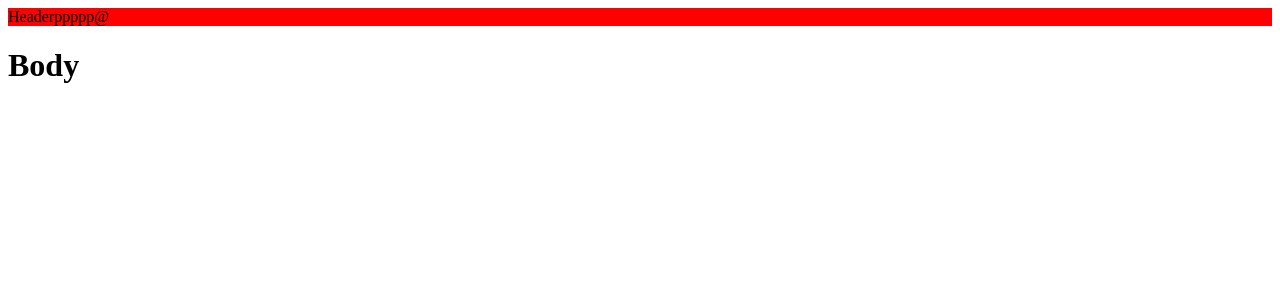
Repository: qedhourse580/samurai_HTML-CSS
Page: about.html
The author's editor kept a record of every edit. The page is drawn from the files as they stood at one moment, then again after the next edit.
The browser window is 1280 px wide. The pictures show the whole page.

Above is the page before.

After the next edit:
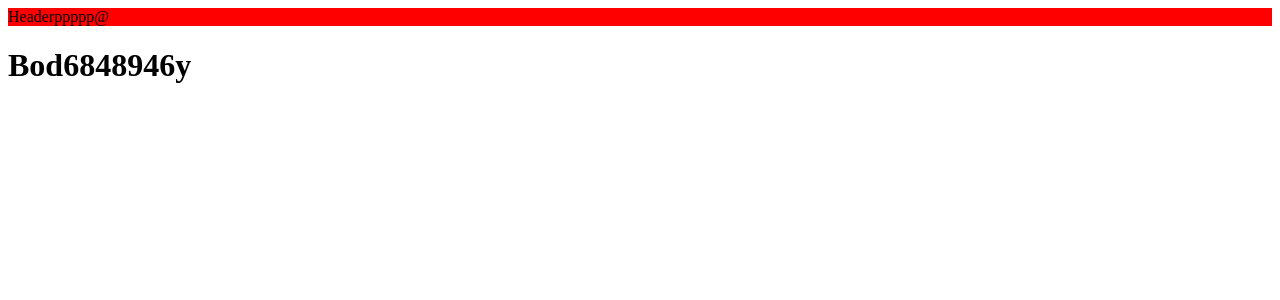
The edit:
--- a/about.html
+++ b/about.html
@@ -10,6 +10,6 @@
         <header>
             Headerppppp@
         </header>
-        <h1>Body</h1>
+        <h1>Bod6848946y</h1>
     </body>
 </html>
